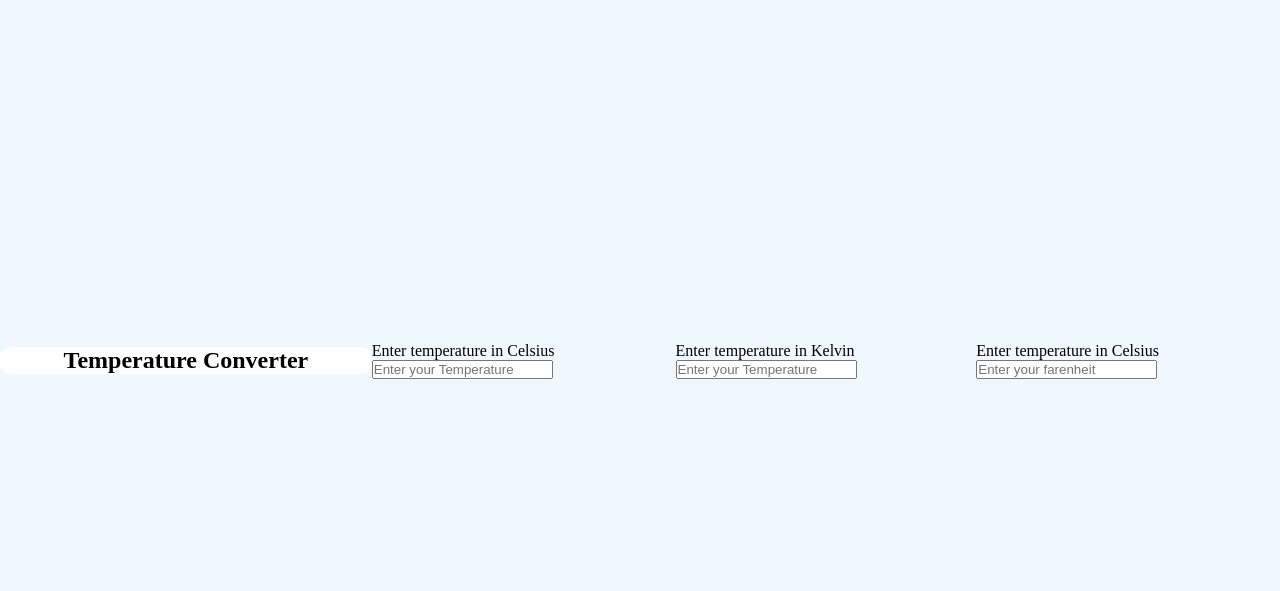
Repository: JunaidAnsari202/Temperature-Converter
Page: index.html
An editor plug-in stored every save of this project. The page is shown before and after a run of saves, followed by the edit.
The browser window is 1280 px wide. The pictures show the whole page.

Above is the page before, as saved 2024-10-16 13:23:09.
Not found: script,js

After the next 4 saves:
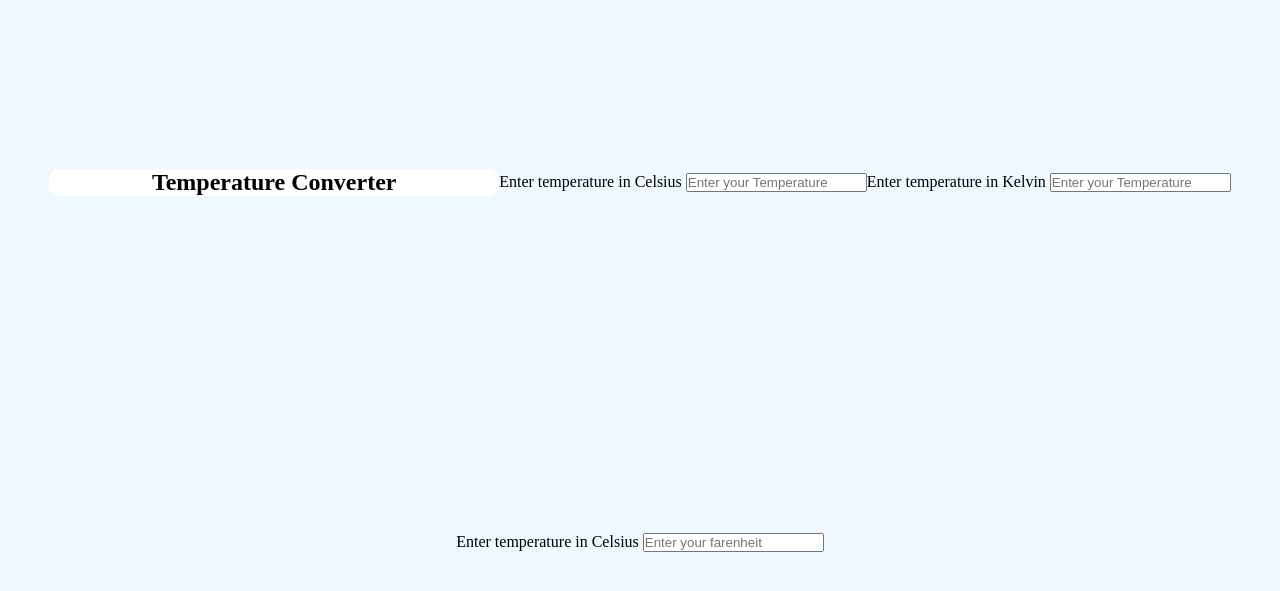
The 4 saves are shown as one change because they came seconds apart.
The last was saved 8 s later.
--- a/style.css
+++ b/style.css
@@ -10,7 +10,7 @@ body{
     justify-content: center;
     align-items: center;
     height: 100vh;
-    fl
+    flex-wrap: wrap;
 }
 
 .container{
